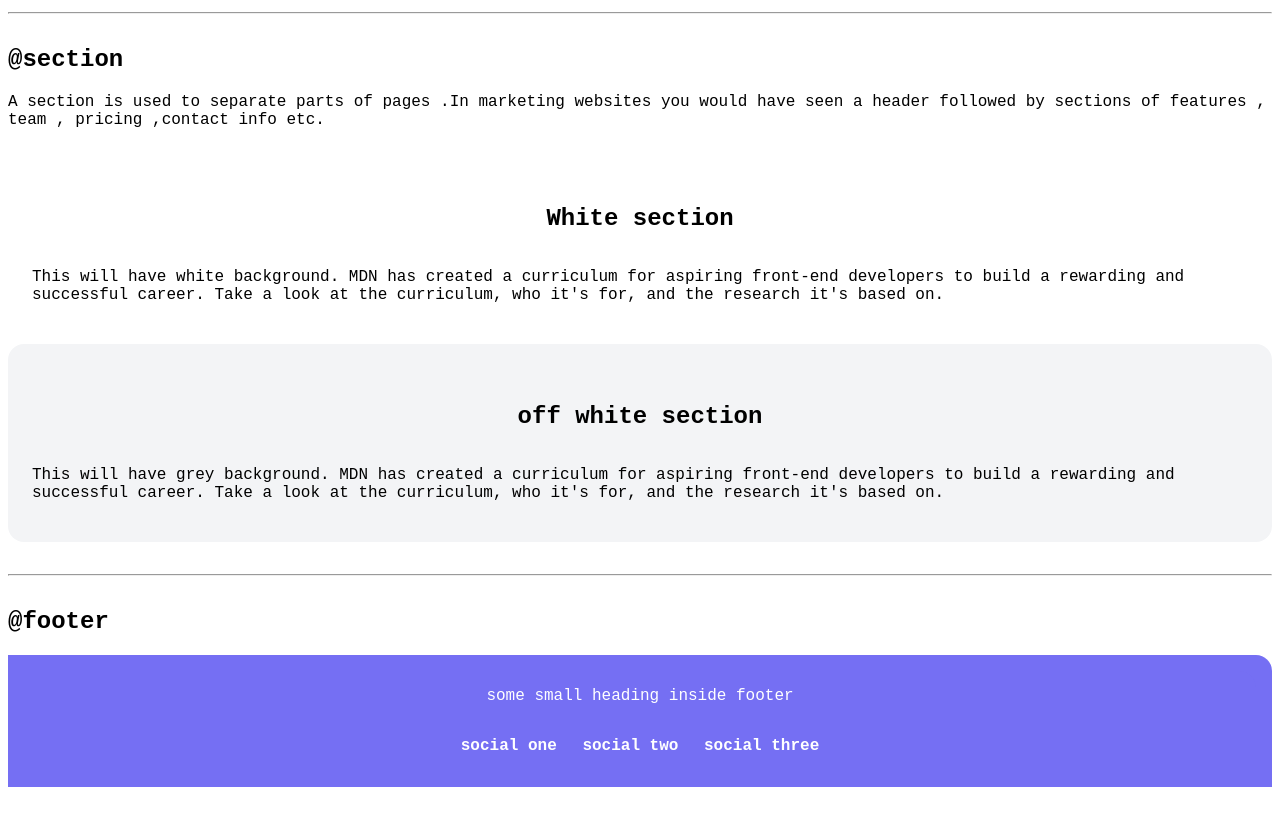
Repository: nihalani20/KomalNihalani-Portfolio
Page: index.html
An editor plug-in stored every save of this project. The page is shown before and after a run of saves, followed by the edit.
The browser window is 1280 px wide. The pictures show the part of the page from y = 2087 to 2919 px (the page is 2919 px tall).
A picture or video elsewhere on the page could not be fetched, so the positions and the page height are approximate.

Above is the page before, as saved 2023-10-31 20:31:24.

After the next 2 saves:
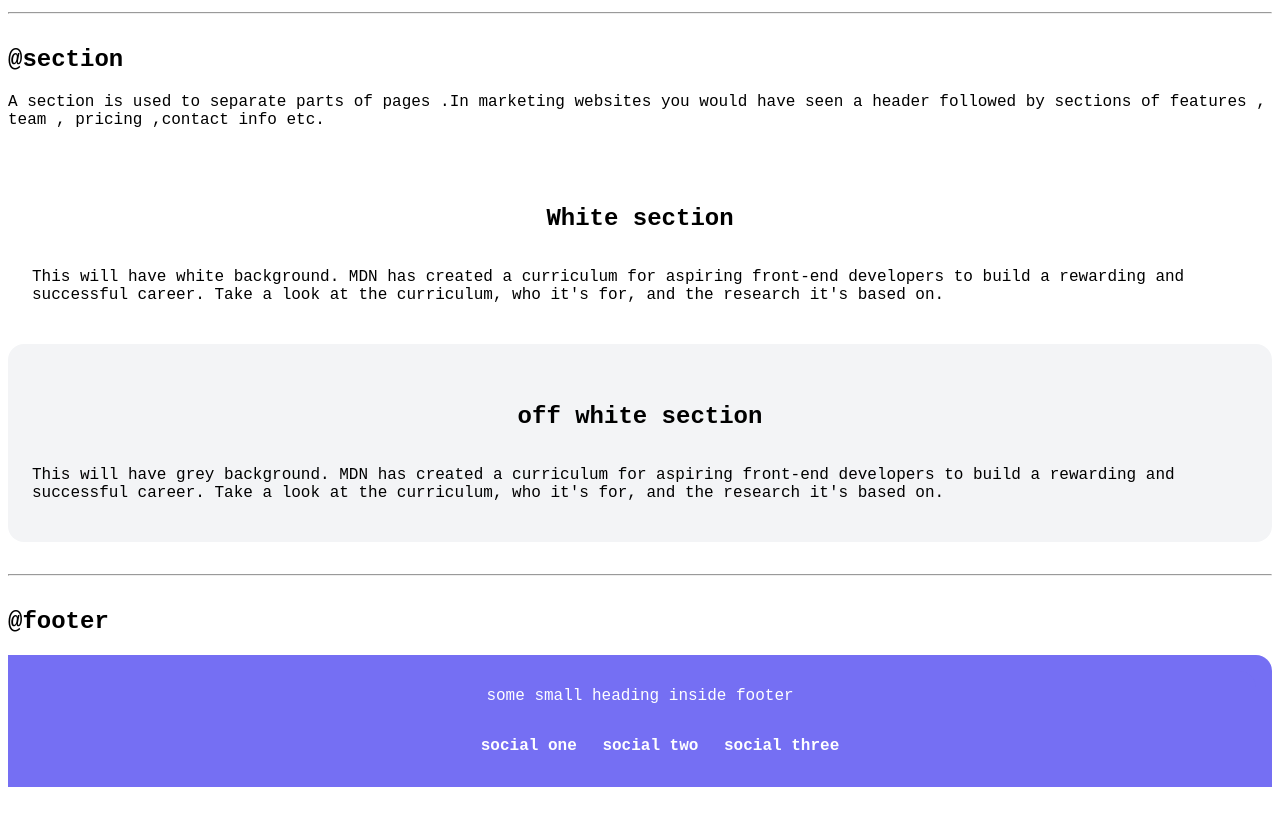
The 2 saves are shown as one change because they came seconds apart.
The last was saved 7 s later.
--- a/style.css
+++ b/style.css
@@ -151,6 +151,8 @@ hr{
 
 }
 
+nav
+
 .footer ul{
     padding-inline-start: 0px;
 }
